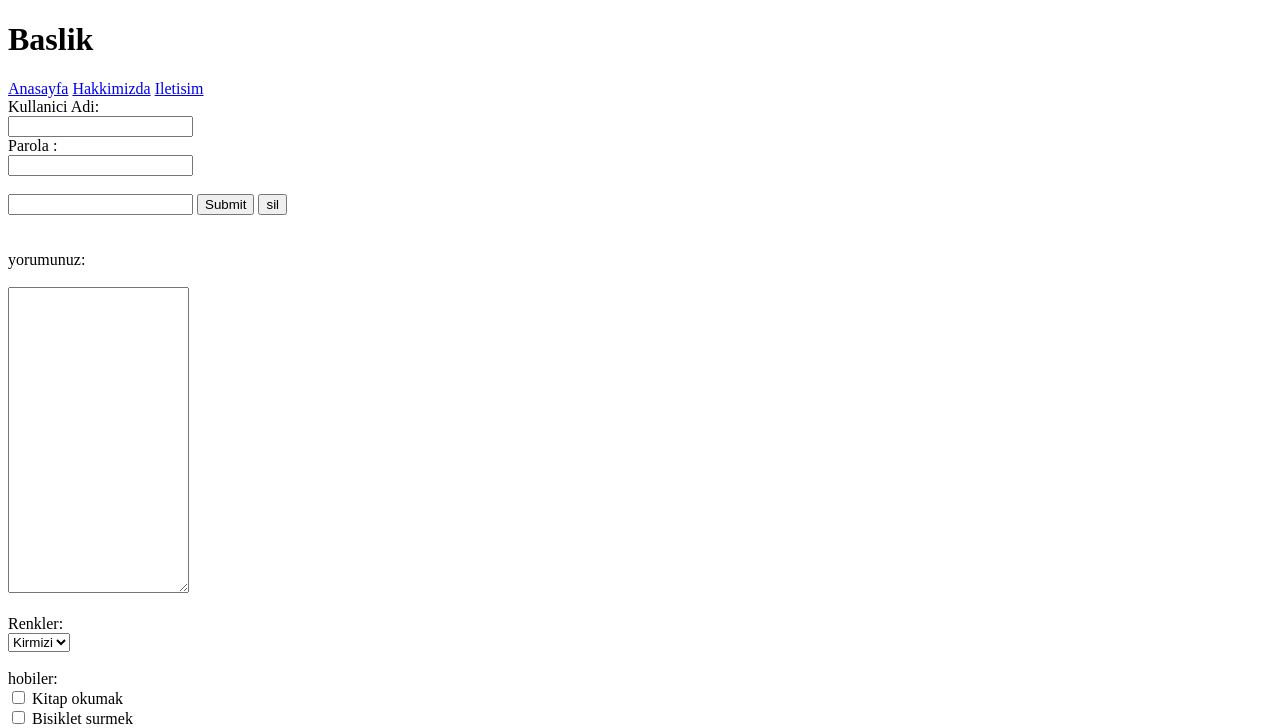
Repository: Kubraaygun/Html_Css_Login
Page: index.html
An editor plug-in stored every save of this project. The page is shown before and after the next save, followed by the edit.
The browser window is 1280 px wide. The pictures show the part of the page from y = 0 to 728 px (the page is 1148 px tall before and 1076 px after).
Pictures or frames that could not be fetched are drawn as grey boxes.

Above is the page before, as saved 2025-03-04 17:22:00.

After the next save:
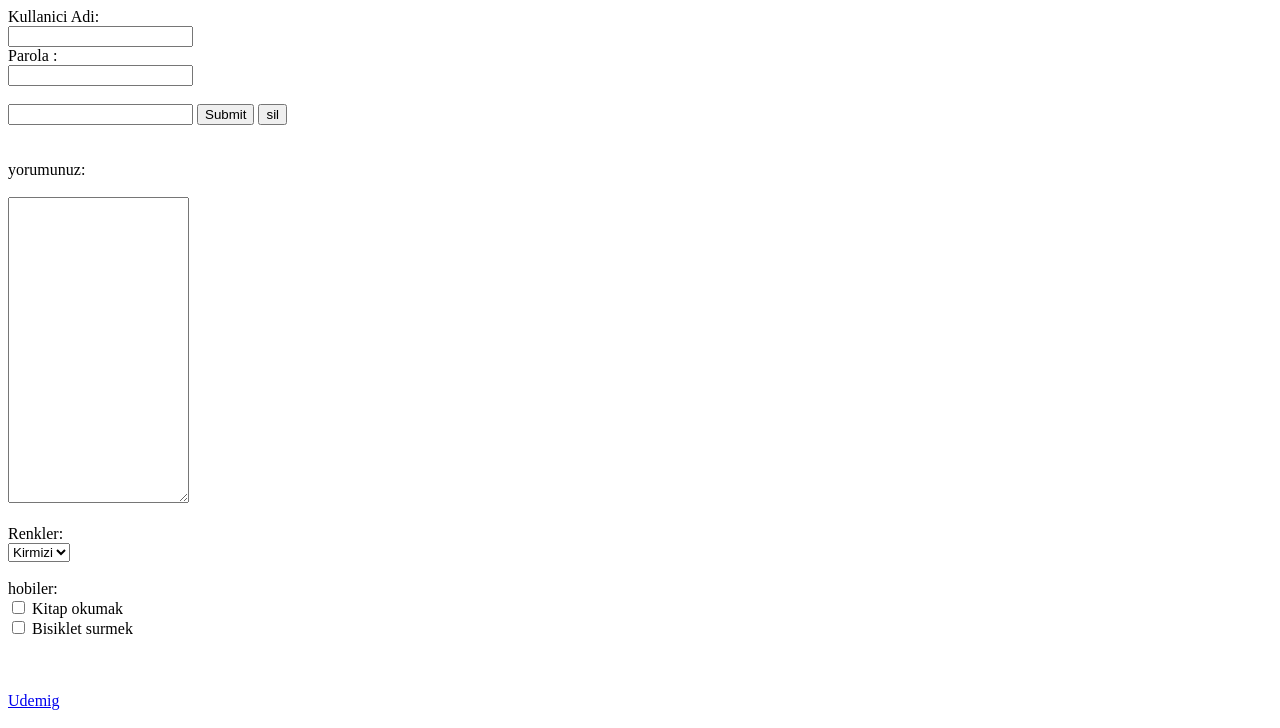
Saved 92 s later.
--- a/index.html
+++ b/index.html
@@ -7,7 +7,7 @@
   </head>
 
   <body>
-    <header>
+    <!-- <header>
       <h1>Baslik</h1>
       <nav>
         <a href="#">Anasayfa</a>
@@ -84,5 +84,6 @@
       <br />
       <br />
     </form>
+    -->
   </body>
 </html>
